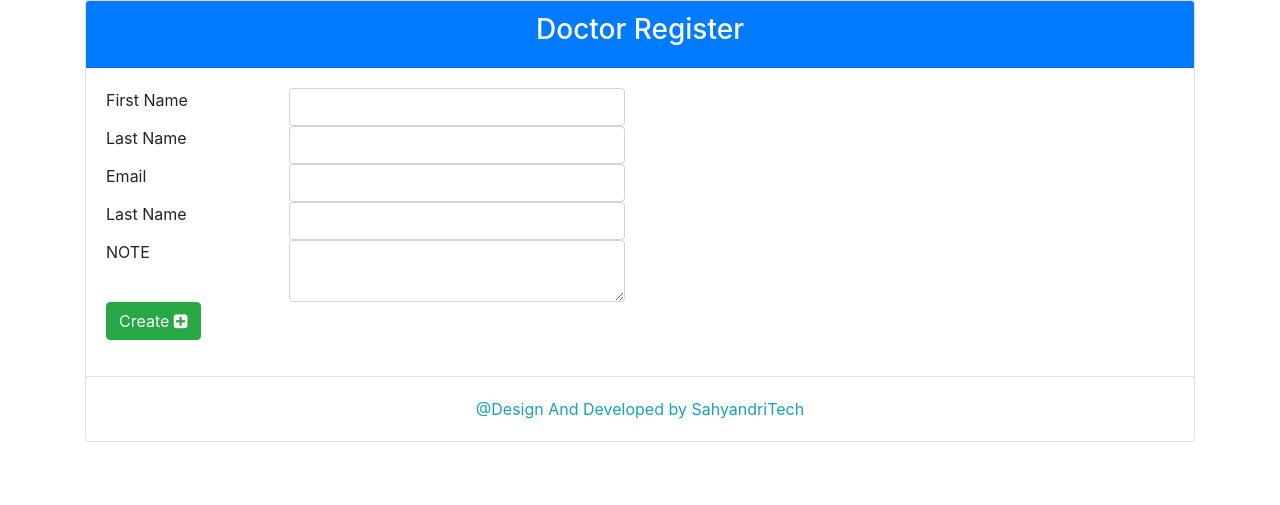
Repository: AmolRajuru11/HealthCareEx
Page: http://localhost/DoctorRegister
The author's editor kept a copy of each file at every save. The page is drawn from the files as they stood at one save, then again after the next save.
The browser window is 1280 px wide. The pictures show the whole page.
The page is this project's Thymeleaf template; nobody is signed in. The template is opened directly, without the code that normally fills it, so the values that code supplies are empty.

Above is the page before, as saved 2021-10-15 10:16:59.

### HeathCare/src/main/resources/templates/DoctorRegister.html
<html xmlns:th="https://www.thymeleaf.org/">
<head>
<link rel="stylesheet"
	href="https://cdn.jsdelivr.net/npm/bootstrap@4.5.3/dist/css/bootstrap.min.css" />
<script src="https://code.jquery.com/jquery-3.5.1.min.js"></script>
<script
	src="https://cdn.jsdelivr.net/npm/bootstrap@4.5.3/dist/js/bootstrap.bundle.min.js"></script>
<link rel="stylesheet"
	href="https://cdnjs.cloudflare.com/ajax/libs/font-awesome/4.7.0/css/font-awesome.css" />
</head>
<body>
	<div class="container">
		<div class="card">
			<div class="card-header bg-primary text-center text-white">
				<h3>Doctor Register</h3>
			</div>
			<div class="card-body">
				<form th:action="@{/doctor/save}" method="POST" id="specRegForm">

					<!--row #1-->
					<div class="row">
						<div class="col-2">
							<label for="firstName">First Name</label>
						</div>
						<div class="col-4">
							<input type="text" name="firstName" id="firstName"
								class="form-control" />
						</div>
						<div class="col-6">
							<span id="firstNameError"></span>
						</div>
					</div>

					<!--row #2-->
					<div class="row">
						<div class="col-2">
							<label for="lastName">Last Name</label>
						</div>
						<div class="col-4">
							<input type="text" name="lastName" id="lastName"
								class="form-control" />
						</div>
						<div class="col-6">
							<span id="lastNameError"></span>
						</div>
					</div>


					<!-- row #3 -->
					<div class="row">
						<div class="col-2">
							<label for="email">Email</label>
						</div>
						<div class="col-4">
							<input type="text" name="email" id="email" class="form-control" />
						</div>
						<div class="col-6">
							<span id="emailError"></span>
						</div>
					</div>

					<!-- row #4 -->
					<div class="row">
						<div class="col-2">
							<label for="lastName">Last Name</label>
						</div>
						<div class="col-4">
							<input type="text" name="lastName" id="lastName"
								class="form-control" />
						</div>
						<div class="col-6">
							<span id="lastNameError"></span>
						</div>
					</div>

					<!--row #3-->
					<div class="row">
						<div class="col-2">
							<label for="specNote">NOTE</label>
						</div>
						<div class="col-4">
							<textarea name="specNote" id="specNote" class="form-control"></textarea>
						</div>
						<div class="col-6">
							<span id="specNoteError"></span>
						</div>
					</div>
					<button type="submit" class="btn btn-success">
						Create <i class="fa fa-plus-square" aria-hidden="true"></i>
					</button>
				</form>
			</div>
			<div class="card-footer bg-white text-info text-center">
				<span th:text="${message}"></span> <span class="navbar-text">@Design
					And Developed by SahyandriTech </span>
			</div>
		</div>
	</div>
	<script th:src="@{/myjs/spec_validate.js}"></script>
</body>
</html>

### HeathCare/src/main/resources/static/myjs/spec_validate.js
$(document).ready(function() {
	// 1.hide error section
	$("#specCodeError").hide();
	$("#specNameError").hide();
	$("#specNoteError").hide();

	// 2.define error variable
	var specCodeError = false;
	var specNameError = false;
	var specNoteError = false;

	// 3.validate function
	function validate_specCode() {
		var val = $("#specCode").val();
		var exp = /^[A-Z]{4,12}$/;
		if (val == "") {
			$("#specCodeError").show();
			$("#specCodeError").html("*<b>Code</b> Can not be empty");
			$("#specCodeError").css("color", 'red');
			specCodeError = false;
		} else if (!exp.test(val)) {
			$("#specCodeError").show();
			$("#specCodeError").html("*<b>Code</b> must be 4-12 char only");
			$("#specCodeError").css("color", 'red');
			specCodeError = false;
		} else {

			var id = 0; // for register
			if ($("#id").val() != undefined) { // edit page
				specCodeError = true;
				id = $("#id").val();
			}

			$.ajax({
				url : 'checkCode',
				data : {
					"code" : val,
					"id" : id
				},
				success : function(resTxt) {
					if (resTxt != '') {
						$("#specCodeError").show();
						$("#specCodeError").html(resTxt);
						$("#specCodeError").css('color', 'red');
						specCodeError = false;
					} else {
						$("#specCodeError").hide();
						specCodeError = true;
					}

				}
			});
		}
		return specCodeError;
	}

	function validate_specName() {
		var val = $("#specName").val();
		var exp = /^[A-Za-z0-9\s\.]{4,60}$/;
		if (val == "") {
			$("#specNameError").show();
			$("#specNameError").html("*<b>Name</b> Can not be empty");
			$("#specNameError").css("color", 'red');
			specNameError = false;
		} else if (!exp.test(val)) {
			$("#specNameError").show();
			$("#specNameError").html("*<b>Name</b> must be 4-60 char only");
			$("#specNameError").css("color", 'red');
			specNameError = false;
		} else {

			var id = 0; // for register
			if ($("#id").val() != undefined) { // edit page
				specNameError = true;
				id = $("#id").val();
			}
			$.ajax({
				url : 'checkName',
				data : {
					"name" : val,
					"id" : id
				},
				success : function(resTxt) {
					if (resTxt != '') {
						$("#specNameError").show();
						$("#specNameError").html(resTxt);
						$("#specNameError").css('color', 'red');
						specNameError = false;
					} else {
						$("#specNameError").hide();
						specNameError = true;
					}
				}
			});

		}
		return specNameError;
	}

	function validate_specNote() {
		var val = $("#specNote").val();
		var exp = /^[A-Za-z0-9\s\.\-\']{10,300}$/;
		if (val == "") {
			$("#specNoteError").show();
			$("#specNoteError").html("<b>Not</b> Can not be empty");
			$("#specNoteError").css("color", 'red');
			specNoteError = false;
		} else if (!exp.test(val)) {
			$("#specNoteError").show();
			$("#specNoteError").html("*<b>Note</b> must be 10-300 char only");
			$("#specNoteError").css("color", 'red');
			specNoteError = false;
		} else {
			$("#specNoteError").hide();
			specNoteError = true;
		}
		return specNoteError;
	}
	// 4.link with action-event
	$("#specCode").keyup(function() {
		$(this).val($(this).val().toUpperCase());
		validate_specCode();
	});

	$("#specName").keyup(function() {
		validate_specName();
	});

	$("#specNote").keyup(function() {
		validate_specNote();
	});
	// on submit
	$("#specRegForm").submit(function() {
		// call all validate function
		validate_specCode();
		validate_specName();
		validate_specNote();

		if (specCodeError && specNameError && specNoteError)
			return true;
		else
			return false;
	});
});

After the next save:
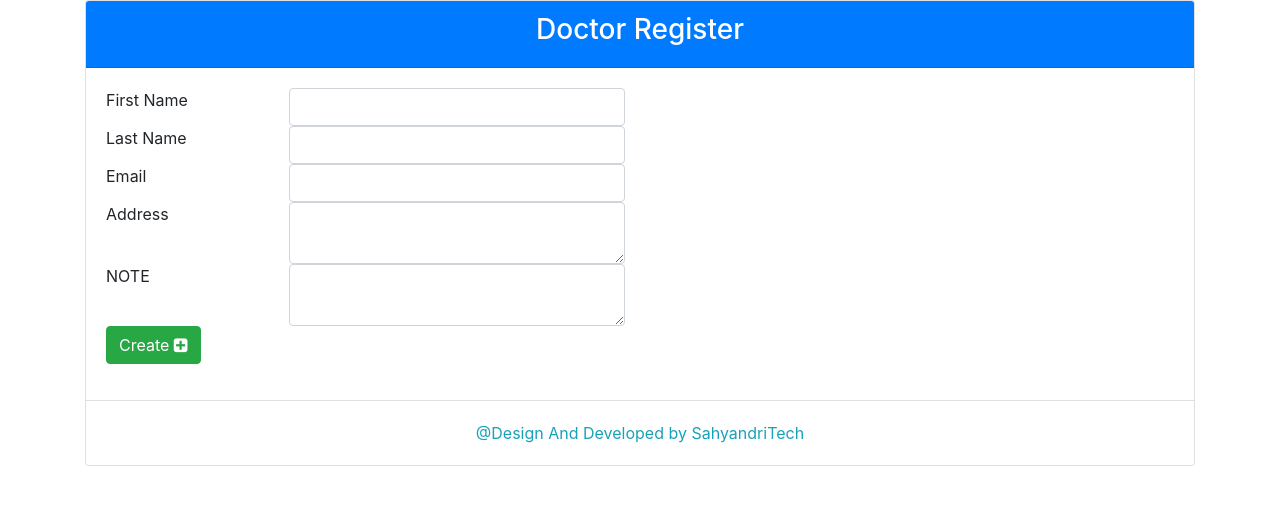
Saved 106 s later.
--- a/HeathCare/src/main/resources/templates/DoctorRegister.html
+++ b/HeathCare/src/main/resources/templates/DoctorRegister.html
@@ -62,11 +62,10 @@
 					<!-- row #4 -->
 					<div class="row">
 						<div class="col-2">
-							<label for="lastName">Last Name</label>
+							<label for="addresss">Address</label>
 						</div>
 						<div class="col-4">
-							<input type="text" name="lastName" id="lastName"
-								class="form-control" />
+							<textarea name="address" id="address" class="form-control"></textarea>
 						</div>
 						<div class="col-6">
 							<span id="lastNameError"></span>
